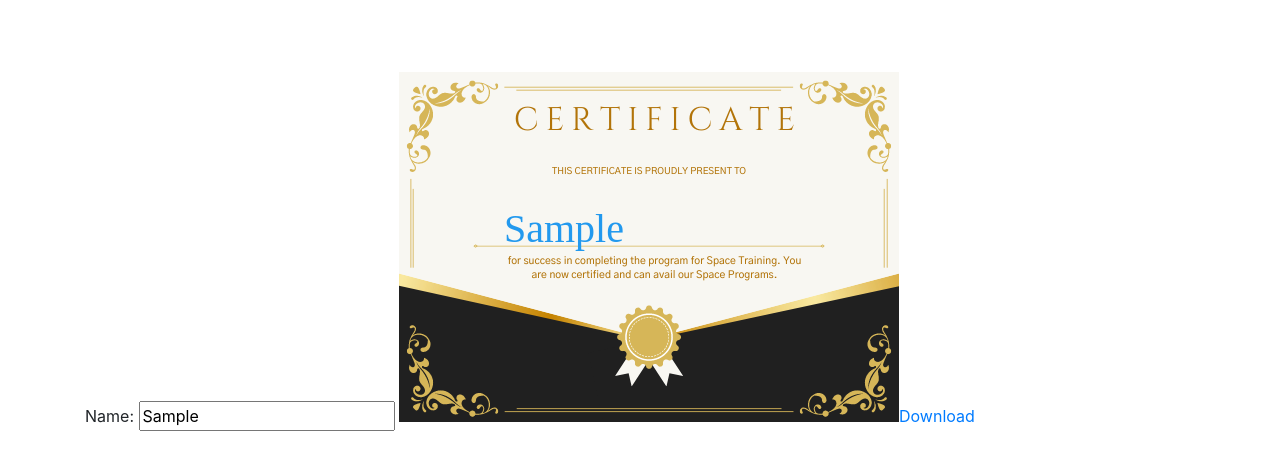
Repository: sarthakkathpalia/elliptical
Page: html/certificate.html
An editor plug-in stored every save of this project. The page is shown before and after the next save, followed by the edit.
The browser window is 1280 px wide. The pictures show the whole page.
Empty fields were first filled with sample values (such as "Sample", 5 or name@example.com).
After loading, the first visible `#name` was changed once.

Above is the page before, as saved 2021-10-31 08:00:08.

After the next save:
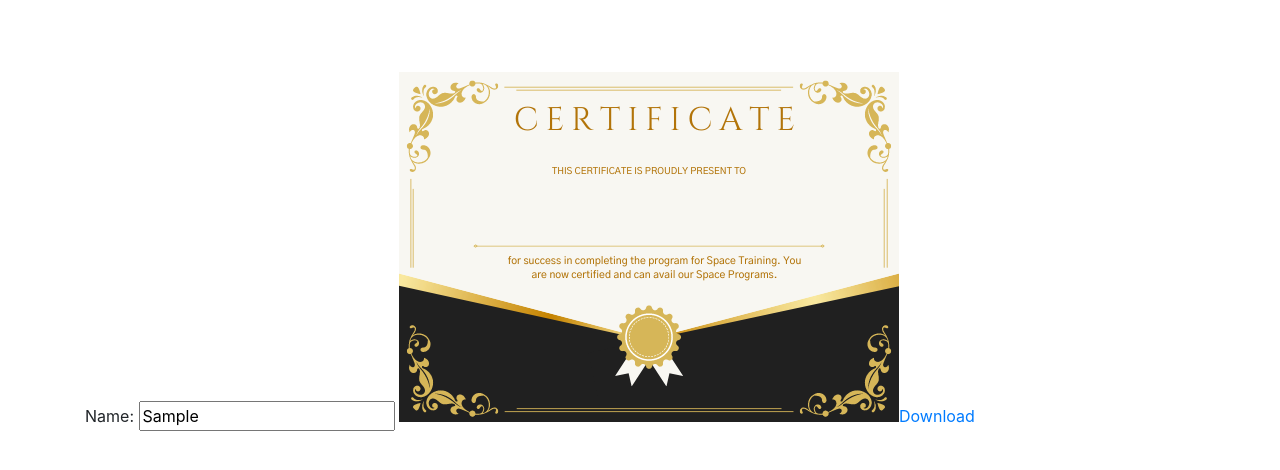
Console error (its wording comes from the project's code and is left out).
Saved 3 min 52 s later.
--- a/html/certificate.js
+++ b/html/certificate.js
@@ -14,7 +14,7 @@
 	ctx.drawImage(image, 0, 0, canvas.width, canvas.height)
 	ctx.font = '40px monotype corsiva'
 	ctx.fillStyle = '#29e'
-	ctx.fillText(nameInput.value, 105, 170)
+	ctx.fillText(nameInput.value)
 }
 
 nameInput.addEventListener('input', function () {

After the save that followed:
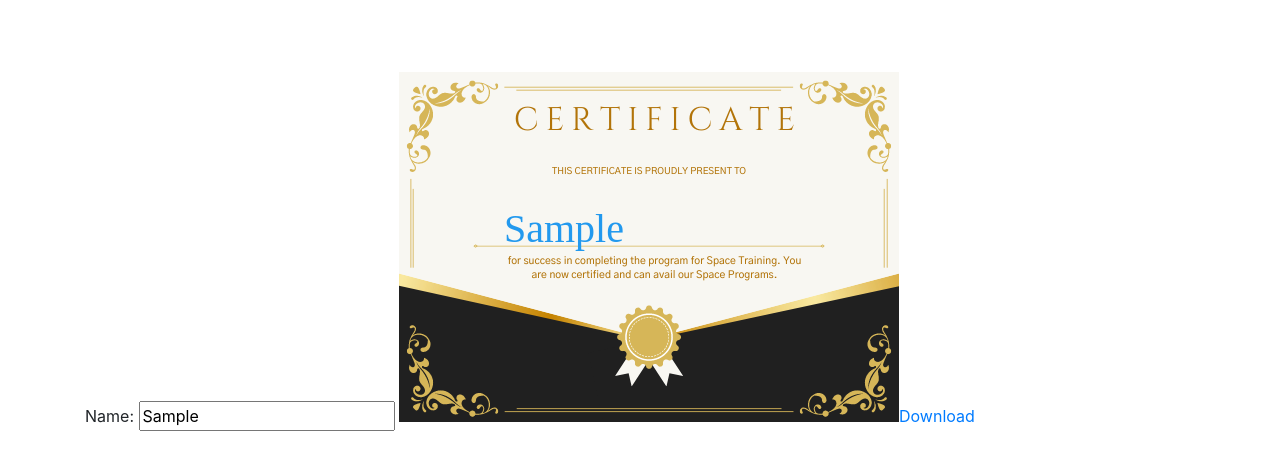
The error is gone.
Saved 16 s later.
--- a/html/certificate.js
+++ b/html/certificate.js
@@ -14,7 +14,7 @@
 	ctx.drawImage(image, 0, 0, canvas.width, canvas.height)
 	ctx.font = '40px monotype corsiva'
 	ctx.fillStyle = '#29e'
-	ctx.fillText(nameInput.value)
+	ctx.fillText(nameInput.value, 105, 170)
 }
 
 nameInput.addEventListener('input', function () {
